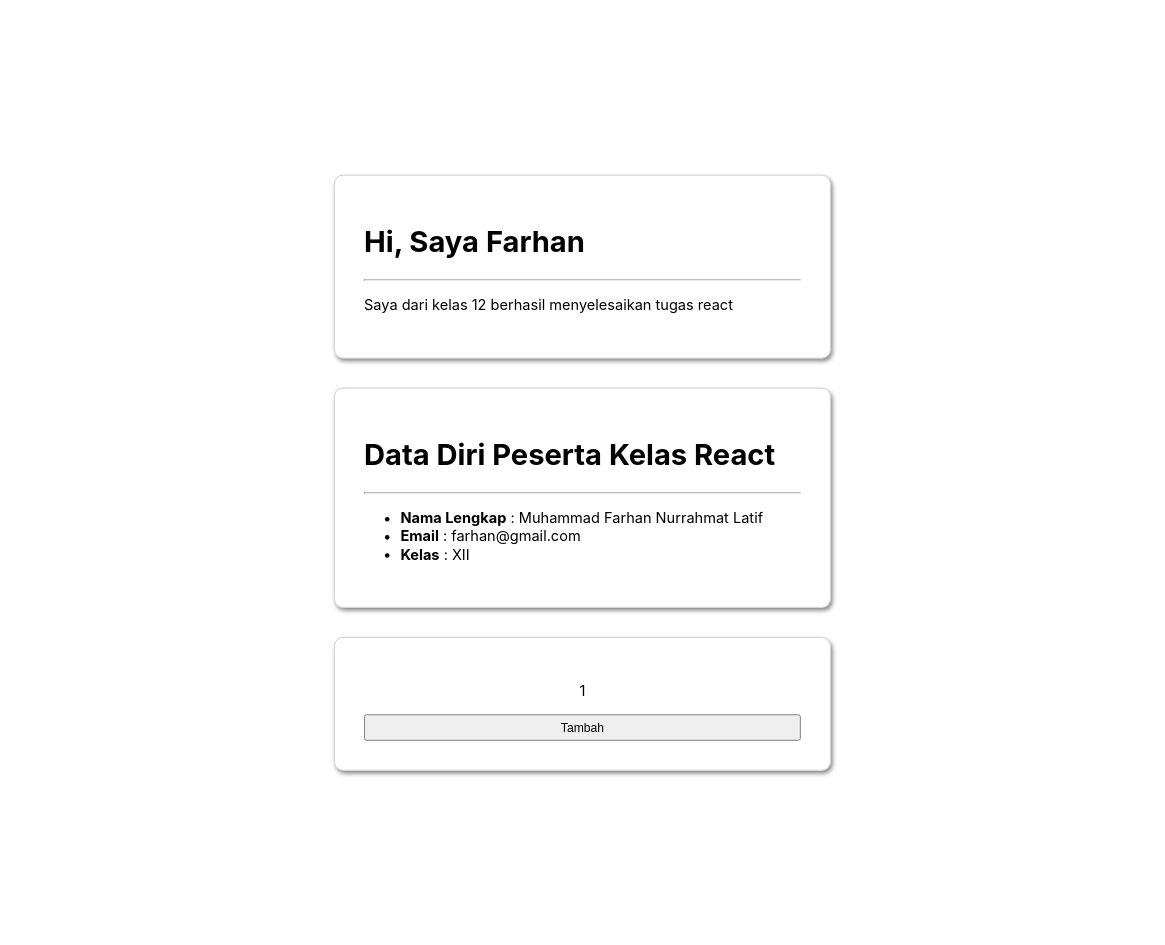
Repository: mfarhannr/Tugas-Reactjs_Farhan
Page: /
The author's editor kept a copy of each file at every save. The page is drawn from the files as they stood at one save, then again after a run of saves.
The browser window is 1280 px wide. The pictures show the whole page, at 91% of full size.
The project was rebuilt for these pictures with package versions that can differ from the ones it lists, and the page was loaded fresh each time.

Above is the page before, as saved 2024-05-06 14:42:03.

After the next 2 saves:
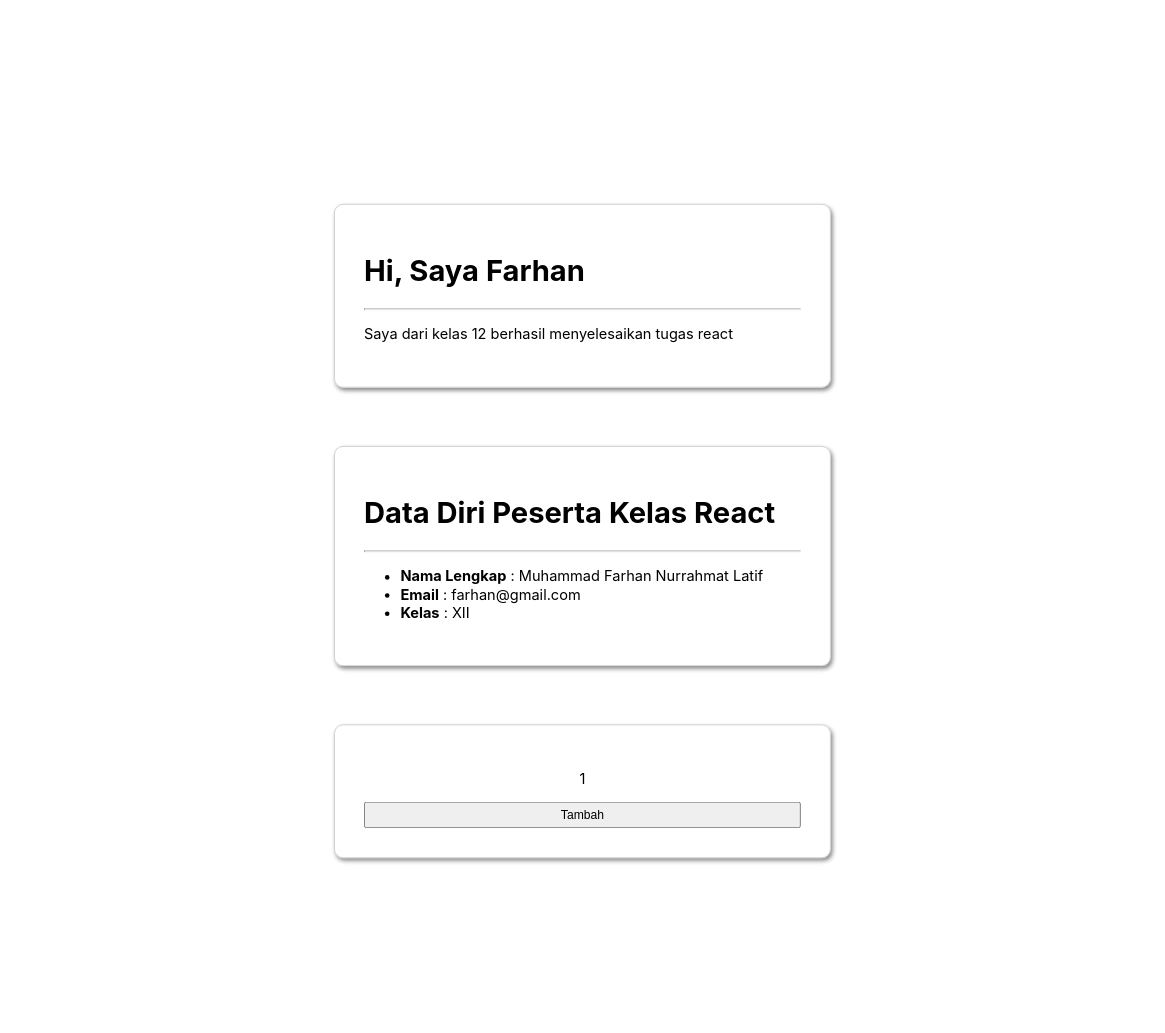
The 2 saves are shown as one change because they came seconds apart.
The last was saved 24 s later.
--- a/src/App.css
+++ b/src/App.css
@@ -6,7 +6,7 @@
   border: 1px solid #ccc;
   border-radius: 10px;
   padding: 2em;
-  margin: 2em auto;
+  margin: 4em auto;
   width: 50%;
   box-shadow: 2px 3px 5px #888888;
 }
@@ -24,7 +24,7 @@ span {
   border: 1px solid #ccc;
   border-radius: 10px;
   padding: 2em;
-  margin: 2em auto;
+  margin: 4em auto;
   width: 50%;
   box-shadow: 2px 3px 5px #888888;
 }
